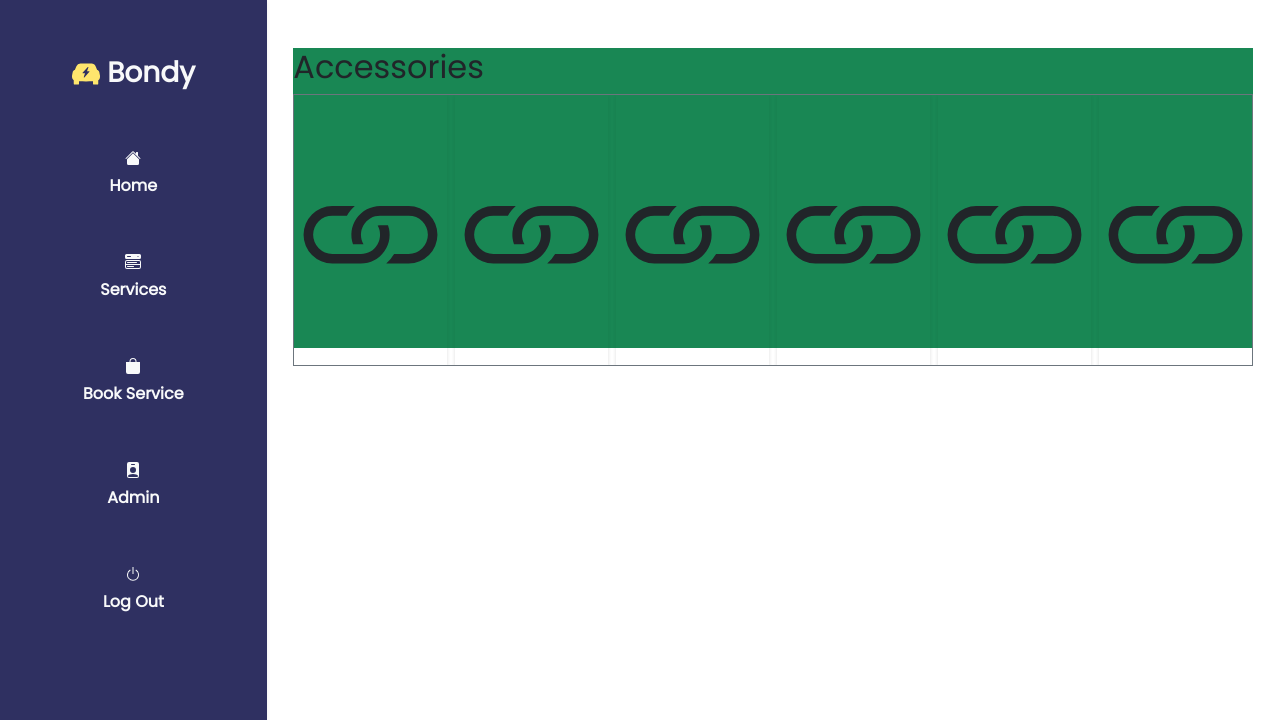
Repository: duzzisantos/bondy
Page: /
The author's editor kept a copy of each file at every save. The page is drawn from the files as they stood at one save, then again after the next save.
The browser window is 1280 px wide. The pictures show the whole page.
Some web libraries are served in a nearby version. The project was rebuilt for these pictures with package versions that can differ from the ones it lists, and the page was loaded fresh each time.

Above is the page before, as saved 2023-06-18 00:24:37.

### public/index.html
<!DOCTYPE html>
<html lang="en">
  <head>
    <meta charset="utf-8" />
    <link rel="icon" href="%PUBLIC_URL%/favicon.ico" />
    <meta name="viewport" content="width=device-width, initial-scale=1" />
    <meta name="theme-color" content="#000000" />
    <meta
      name="description"
      content="Web site created using create-react-app"
    />
    <link rel="apple-touch-icon" href="%PUBLIC_URL%/logo192.png" />
    <!-- Option 1: Include in HTML -->
    <link
      rel="stylesheet"
      href="https://cdn.jsdelivr.net/npm/bootstrap-icons@1.3.0/font/bootstrap-icons.css"
    />
    <link rel="preconnect" href="https://fonts.googleapis.com" />
    <link rel="preconnect" href="https://fonts.gstatic.com" crossorigin />
    <!--
      manifest.json provides metadata used when your web app is installed on a
      user's mobile device or desktop. See https://developers.google.com/web/fundamentals/web-app-manifest/
    -->
    <link rel="manifest" href="%PUBLIC_URL%/manifest.json" />
    <!--
      Notice the use of %PUBLIC_URL% in the tags above.
      It will be replaced with the URL of the `public` folder during the build.
      Only files inside the `public` folder can be referenced from the HTML.

      Unlike "/favicon.ico" or "favicon.ico", "%PUBLIC_URL%/favicon.ico" will
      work correctly both with client-side routing and a non-root public URL.
      Learn how to configure a non-root public URL by running `npm run build`.
    -->
    <title>React App</title>
  </head>
  <body>
    <noscript>You need to enable JavaScript to run this app.</noscript>
    <div id="root"></div>
    <!--
      This HTML file is a template.
      If you open it directly in the browser, you will see an empty page.

      You can add webfonts, meta tags, or analytics to this file.
      The build step will place the bundled scripts into the <body> tag.

      To begin the development, run `npm start` or `yarn start`.
      To create a production bundle, use `npm run build` or `yarn build`.
    -->
  </body>
</html>

### src/index.js
import React from "react";
import ReactDOM from "react-dom/client";
import "./index.css";
import App from "./App";
import "bootstrap/dist/css/bootstrap.min.css";
import { BrowserRouter as Router } from "react-router-dom";

const root = ReactDOM.createRoot(document.getElementById("root"));
root.render(
  <React.StrictMode>
    <Router>
      <App />
    </Router>
  </React.StrictMode>
);

### src/App.js
import "./App.css";
import "bootstrap";
import SideBar from "./components/Navigation/SideBar";
import { Routes, Route } from "react-router-dom";
import LandingPage from "./views/LandingPage";
function App() {
  return (
    <div className="App d-flex flex-row flex-nowrap">
      <SideBar />
      <Routes>
        <Route path="/" element={<LandingPage />} />
        <Route path="/home" element={<LandingPage />} />
      </Routes>
    </div>
  );
}

export default App;

### src/App.css
@import url("https://fonts.googleapis.com/css2?family=Cabin&family=Montserrat:wght@200&family=Poppins&display=swap");

* {
  font-family: "Poppins", sans-serif;
}
.App {
  text-align: center;
}

.custom-color {
  color: #2f3061 !important;
}

.custom-bg-color {
  background-color: #2f3061;
}

### src/components/Navigation/SideBar.tsx
import React, { FunctionComponent } from "react";
import "react-bootstrap";
import "../../App.css";
import "./Navigation.scss";
import { Link } from "react-router-dom";
import {
  HouseFill,
  BagFill,
  PersonBadgeFill,
  Power,
  EvFrontFill,
  MenuButtonWideFill,
} from "react-bootstrap-icons";

const commonLinkClasses =
  "d-flex flex-column justify-content-center align-items-center p-1 gap-2 text-light text-decoration-none fw-bold";
const SideBar: FunctionComponent = () => {
  return (
    <div className="col-2 vh-100 custom-bg-color shadow-sm p-5 text-light d-flex flex-column vstack gap-5">
      <Link to={"/"} className={commonLinkClasses + " fs-3"}>
        <span>
          <EvFrontFill className="brand-icon-color" /> Bondy
        </span>
      </Link>
      <Link to={"/home"} className={commonLinkClasses}>
        <HouseFill />
        Home
      </Link>

      <Link to={"/services"} className={commonLinkClasses}>
        <MenuButtonWideFill />
        Services
      </Link>

      <Link to={"/book-service"} className={commonLinkClasses}>
        <BagFill />
        Book Service
      </Link>

      <Link to={"/admin"} className={commonLinkClasses}>
        <PersonBadgeFill />
        Admin
      </Link>

      <Link to={"/logout"} className={commonLinkClasses}>
        <Power />
        Log Out
      </Link>
    </div>
  );
};

export default SideBar;

### src/views/LandingPage.tsx
import React, { FunctionComponent } from "react";
import "../components/Home/LandingPage.scss";
import LandingPageScrollContainer from "src/components/Home/LandingPageScrollContainer";
import { servicesList } from "src/components/Home/landingPageContent";

const LandingPage: FunctionComponent = () => {
  const handleClick = () => {
    console.log("This was clicked");
  };
  return (
    <div className="col-lg-9 pt-5 vstack gap-5 d-flex flex-column align-items-center">
      <LandingPageScrollContainer
        content={servicesList}
        category="Services"
        handleClick={handleClick}
      />
      <LandingPageScrollContainer
        content={servicesList}
        category="Accessories"
        handleClick={handleClick}
      />
    </div>
  );
};

export default LandingPage;

### src/components/Navigation/Navigation.scss
.brand-icon-color {
  color: #ffe66d !important;
}

### src/components/Home/LandingPage.scss
.scroll-container-fixed {
  position: fixed !important;
}

.scroll-container-size {
  height: 300px !important;
}

.service-card {
  height: 270px !important;
}

### src/components/Home/LandingPageScrollContainer.tsx
import { CardHeader } from "@mui/material";
import React, { FunctionComponent } from "react";
import "../../App.css";
import { Card } from "react-bootstrap";
import { Link } from "react-bootstrap-icons";

interface ScrollContainerProps {
  content: any[];
  category: string;
  handleClick: any;
}
const LandingPageScrollContainer: FunctionComponent<ScrollContainerProps> = ({
  content,
  category,
  handleClick,
}) => {
  return (
    <section className="col-9 bg-success scroll-container-fixed scroll-container-size">
      <h2 className="text-start">{category}</h2>
      <div className="col-9 overflow-x-scroll scroll-container-fixed d-flex flex-row hstack gap-2 border border-secondary">
        {content.map((element, index) => (
          <Link
            to={`/services/${category}`}
            key={index}
            className="text-decoration-none w-50 service-card shadow-sm"
            onClick={handleClick}
          >
            <Card>
              <CardHeader>{element.category}</CardHeader>
              <Card.Body>{element.icon}</Card.Body>
            </Card>
          </Link>
        ))}
      </div>
    </section>
  );
};

export default LandingPageScrollContainer;

### src/components/Home/landingPageContent.tsx
import React from "react";
import {
  Gear,
  GearWideConnected,
  WrenchAdjustableCircleFill,
  Fan,
  DropletHalf,
  CarFrontFill,
} from "react-bootstrap-icons";
export const servicesList = [
  {
    id: 1,
    category: "Suspension Systems",
    icon: <Gear />,
  },
  {
    id: 2,
    category: "Brake Service",
    icon: <GearWideConnected />,
  },
  {
    id: 3,
    category: "Wheel Service",
    icon: <WrenchAdjustableCircleFill />,
  },
  {
    id: 4,
    category: "Airconditioning & Heating",
    icon: <Fan />,
  },
  {
    id: 5,
    category: "Oil Change",
    icon: <DropletHalf />,
  },
  {
    id: 6,
    category: "Body Work",
    icon: <CarFrontFill />,
  },
];

Loaded but not shown: src/index.css (common file)

After the next save:
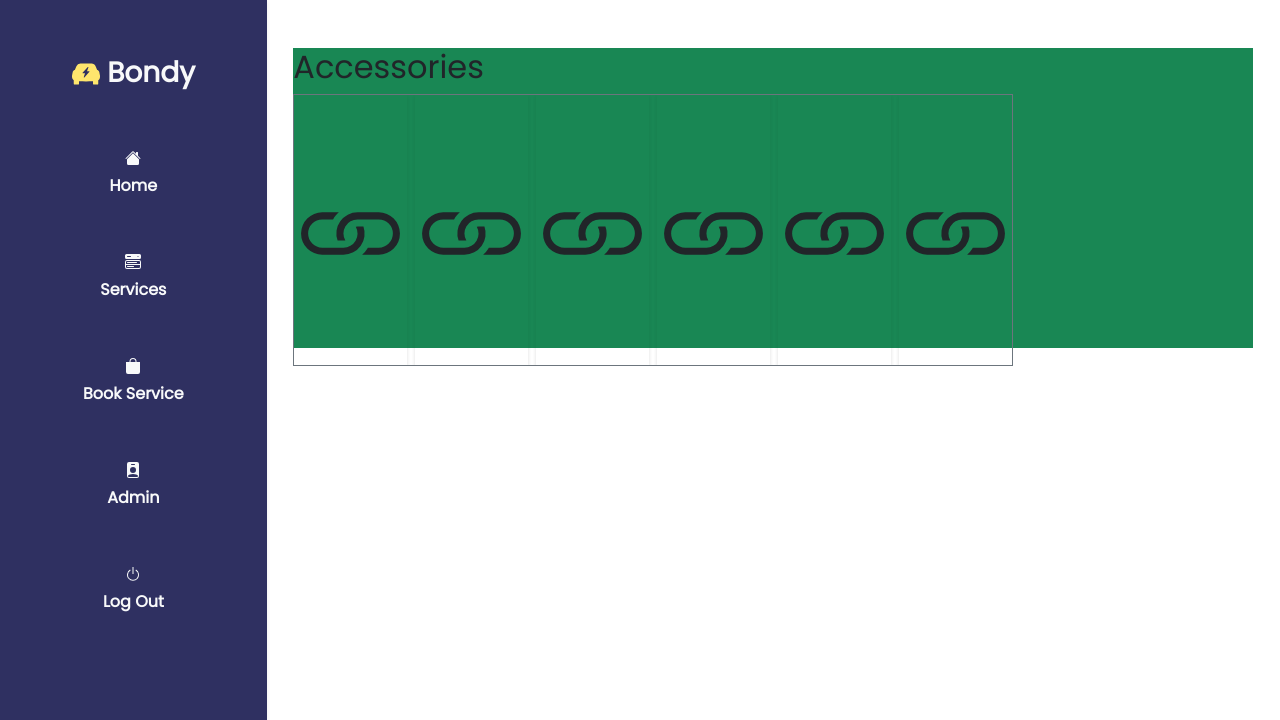
Saved 14 s later.
--- a/src/components/Home/LandingPageScrollContainer.tsx
+++ b/src/components/Home/LandingPageScrollContainer.tsx
@@ -17,7 +17,7 @@
   return (
     <section className="col-9 bg-success scroll-container-fixed scroll-container-size">
       <h2 className="text-start">{category}</h2>
-      <div className="col-9 overflow-x-scroll scroll-container-fixed d-flex flex-row hstack gap-2 border border-secondary">
+      <div className="col-9 overflow-x-scroll d-flex flex-row hstack gap-2 border border-secondary">
         {content.map((element, index) => (
           <Link
             to={`/services/${category}`}

After the save that followed:
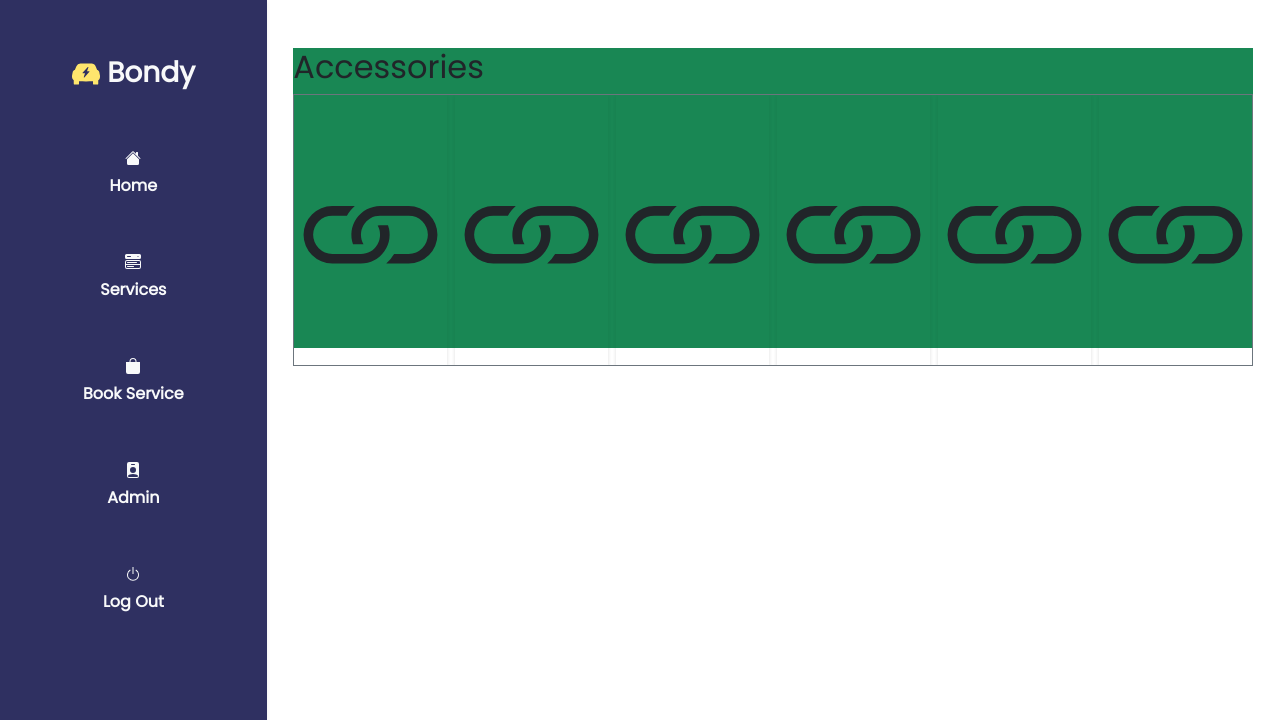
Saved 19 s later.
--- a/src/components/Home/LandingPageScrollContainer.tsx
+++ b/src/components/Home/LandingPageScrollContainer.tsx
@@ -17,7 +17,7 @@
   return (
     <section className="col-9 bg-success scroll-container-fixed scroll-container-size">
       <h2 className="text-start">{category}</h2>
-      <div className="col-9 overflow-x-scroll d-flex flex-row hstack gap-2 border border-secondary">
+      <div className="col-12 overflow-x-scroll d-flex flex-row hstack gap-2 border border-secondary">
         {content.map((element, index) => (
           <Link
             to={`/services/${category}`}
